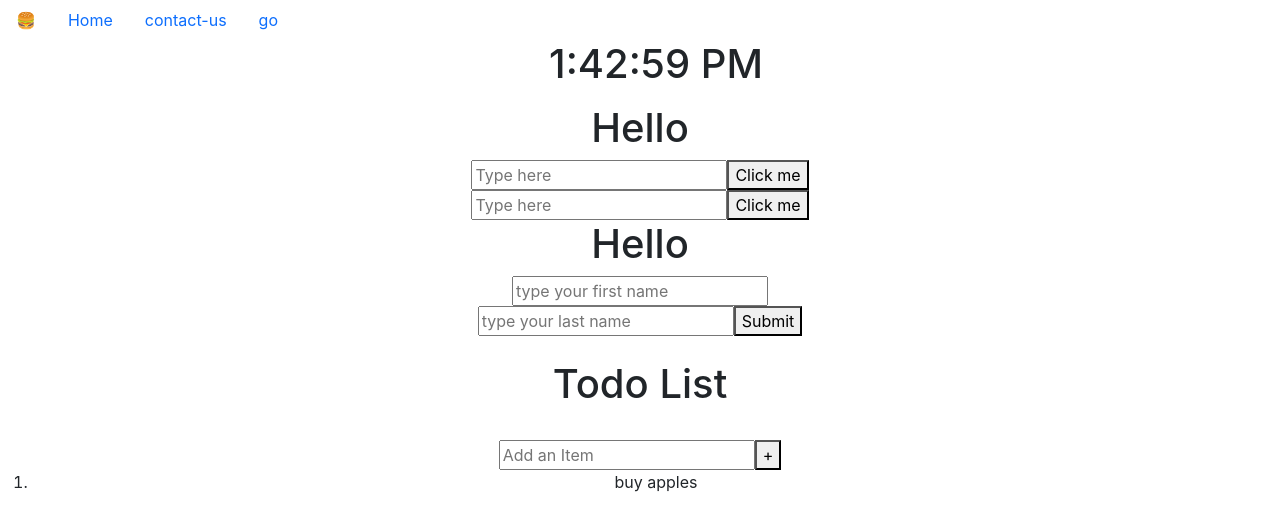
Repository: shah-zx/React-learning
Page: /
These files come from the project's save history. The page is drawn as it stood at one moment and after the next save; the edit follows.
The browser window is 1280 px wide. The pictures show the whole page.
The project was rebuilt for these pictures with package versions that can differ from the ones it lists, and the page was loaded fresh each time. Also part of the build but not shown: src/components/Greet.js, src/components/Welcome.js, src/components/Swagat.js, src/components/Namaste.js, src/components/Hello.js, src/components/ayiye.js, src/components/Message.js, src/components/Thought.js and 47 more. Imported but missing from the stored project, and not drawn on this page: src/components/Indexaskeyantipattern.

Above is the page before, as saved 2021-11-12 22:21:30.

After the next save:
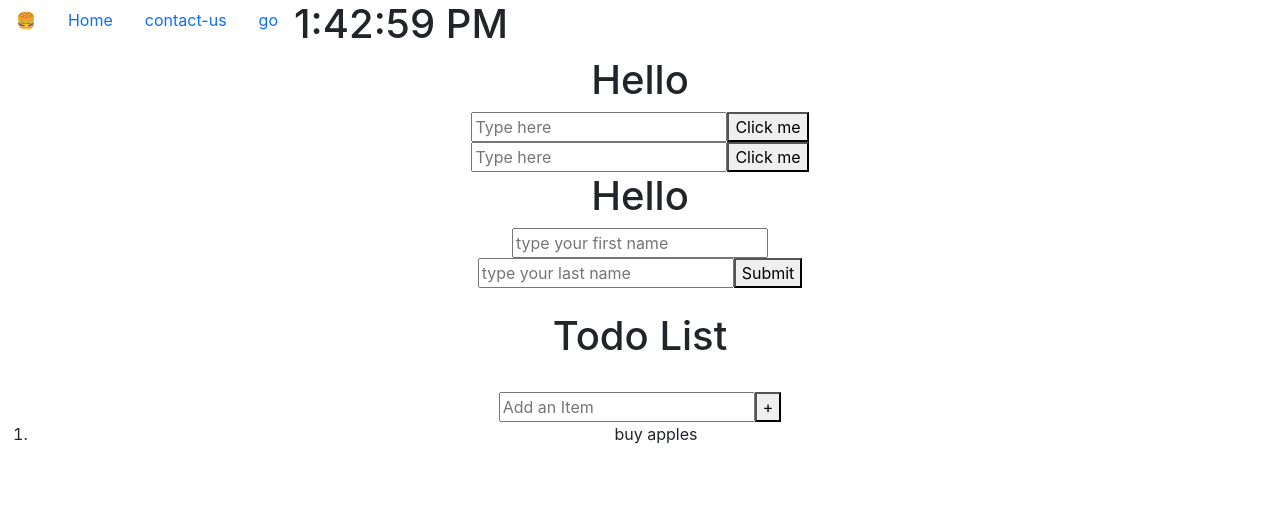
Saved 96 s later.
--- a/src/components/Navbar.js
+++ b/src/components/Navbar.js
@@ -21,9 +21,9 @@ export default function Navbar(props) {
         <li className="nav-item">
           <a className="nav-link">{props.hello}</a>
         </li>
-      </ul>
-      <ul>
+        <li>
       <Dclock/>
+        </li>
       </ul>
       </>
     )
